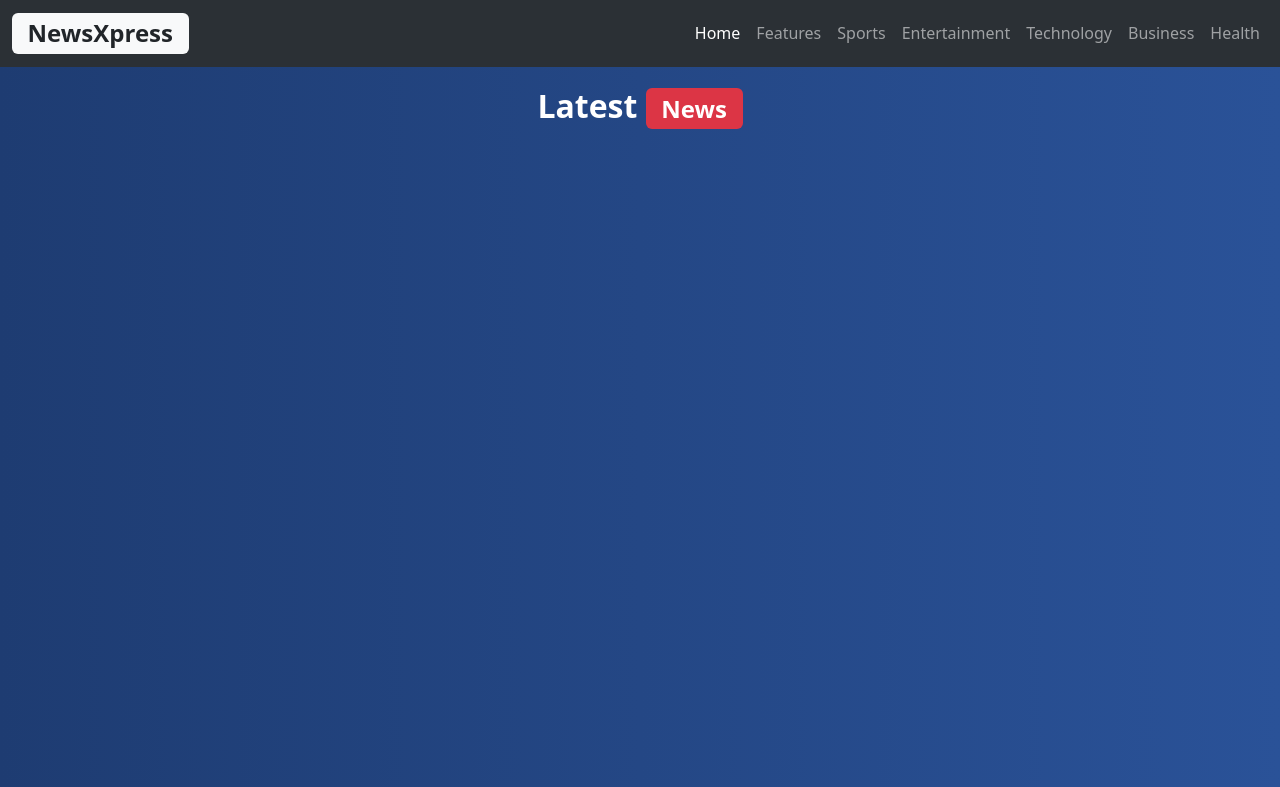
Repository: Abhishek-Thakur14/NewsXpress
Page: /
The author's editor kept a copy of each file at every save. The page is drawn from the files as they stood at one save, then again after the next save.
The browser window is 1280 px wide. The pictures show the whole page.
The page's requests for data from a server got no answer. The project was rebuilt for these pictures with package versions that can differ from the ones it lists, and the page was loaded fresh each time. No one was signed in, and anything a server would have sent is missing. Also part of the build but not shown: vite.config.js, src/Components/NewsItem.jsx.

Above is the page before, as saved 2025-02-08 16:34:59.

### index.html
<!doctype html>
<html lang="en">
  <head>
    <meta charset="UTF-8" />
    <meta name="viewport" content="width=device-width, initial-scale=1.0" />
    <title>News App</title>
    <link href="https://cdn.jsdelivr.net/npm/bootstrap@5.3.3/dist/css/bootstrap.min.css" rel="stylesheet"
      integrity="sha384-QWTKZyjpPEjISv5WaRU9OFeRpok6YctnYmDr5pNlyT2bRjXh0JMhjY6hW+ALEwIH" crossorigin="anonymous">
  </head>
  <body>
    <div id="root"></div>
    <script type="module" src="/src/main.jsx"></script>
    <script src="https://cdn.jsdelivr.net/npm/bootstrap@5.3.3/dist/js/bootstrap.bundle.min.js"
      integrity="sha384-YvpcrYf0tY3lHB60NNkmXc5s9fDVZLESaAA55NDzOxhy9GkcIdslK1eN7N6jIeHz" crossorigin="anonymous"></script>
  </body>
</html>

### src/App.jsx
import { BrowserRouter as Router, Routes, Route } from "react-router-dom";
import Navbar from "./components/Navbar";
import NewsBoard from "./components/NewsBoard";

const App = () => {
  return (
    <Router>
      <Navbar />
      <Routes>
        <Route path="/" element={<NewsBoard category="general" />} />
        <Route path="/features" element={<h2 className="text-center">Features Page Coming Soon</h2>} />
        <Route path="/category/:category" element={<NewsBoard />} />
      </Routes>
    </Router>
  );
};

export default App;

### src/Components/Navbar.jsx
import { Link } from "react-router-dom";
// import "./Navbar.css"; // Import CSS for styling

const Navbar = () => {
  return (
    <nav className="navbar navbar-expand-lg bg-body-tertiary" data-bs-theme="dark">
      <div className="container-fluid">
        <Link className="navbar-brand" to="/">
          <span className="badge bg-light text-dark fs-4">NewsXpress</span>
        </Link>
        <button
          className="navbar-toggler"
          type="button"
          data-bs-toggle="collapse"
          data-bs-target="#navbarNav"
          aria-controls="navbarNav"
          aria-expanded="false"
          aria-label="Toggle navigation">
          <span className="navbar-toggler-icon"></span>
        </button>
        <div className="collapse navbar-collapse" id="navbarNav">
          <ul className="navbar-nav ms-auto">
            <li className="nav-item">
              <Link className="nav-link active" to="/">Home</Link>
            </li>
            <li className="nav-item">
              <Link className="nav-link" to="/features">Features</Link>
            </li>
            <li className="nav-item">
              <Link className="nav-link" to="/category/sports">Sports</Link>
            </li>
            <li className="nav-item">
              <Link className="nav-link" to="/category/entertainment">Entertainment</Link>
            </li>
            <li className="nav-item">
              <Link className="nav-link" to="/category/technology">Technology</Link>
            </li>
            <li className="nav-item">
              <Link className="nav-link" to="/category/business">Business</Link>
            </li>
            <li className="nav-item">
              <Link className="nav-link" to="/category/health">Health</Link>
            </li>
          </ul>
        </div>
      </div>
    </nav>
  );
};

export default Navbar;

### src/Components/NewsBoard.jsx
import { useState, useEffect } from "react";
import { useParams } from "react-router-dom";
import NewsItem from "./NewsItem";
import "./NewsBoard.css";

const NewsBoard = () => {
  const { category } = useParams();
  const [articles, setArticles] = useState([]);
  const apiKey = "VITE_API_KEY=776b22a1db104c6bbaec009b9a90f307";

  useEffect(() => {
    const fetchNews = async () => {
      try {
        let url = `https://newsapi.org/v2/top-headlines?country=us&category=${category || "general"}&apiKey=${apiKey}`;
        let response = await fetch(url);
        let data = await response.json();
        setArticles(data.articles || []);
      } catch (error) {
        console.error("Error fetching news:", error);
      }
    };

    fetchNews();
  }, [category]);

  return (
    <div className="newsboard-container">
      <h2 className="text-center">
        {category ? category.toUpperCase() : "Latest"} <span className="badge bg-danger">News</span>
      </h2>
      <div className="row">
        {articles.map((news, index) => (
          <div className="col-md-4" key={index}>
            <NewsItem
              title={news.title}
              description={news.description}
              url={news.url}
              imageUrl={news.urlToImage}
            />
          </div>
        ))}
      </div>
    </div>
  );
};

export default NewsBoard;

### src/NewsBoard.css
/* Apply a stylish gradient background */
.newsboard-container {
    background: linear-gradient(to right, #1e3c72, #2a5298);
    min-height: 100vh;
    padding: 20px;
  }

  /* Styling for each news card */
  .news-card {
    background-color: #fff;
    border-radius: 10px;
    overflow: hidden;
    margin: 15px;
    box-shadow: 0 4px 8px rgba(0, 0, 0, 0.2);
    transition: transform 0.3s ease-in-out;
  }

  .news-card:hover {
    transform: scale(1.05);
  }

  /* Fix the image size */
  .news-image {
    width: 100%;
    height: 200px;
    object-fit: cover;
  }

  /* Center the news heading */
  h2 {
    color: white;
    font-weight: bold;
    margin-bottom: 20px;
  }

Loaded but not shown: src/main.jsx (common file); src/index.css (no stored copy; drawn as an empty file)

After the next save:
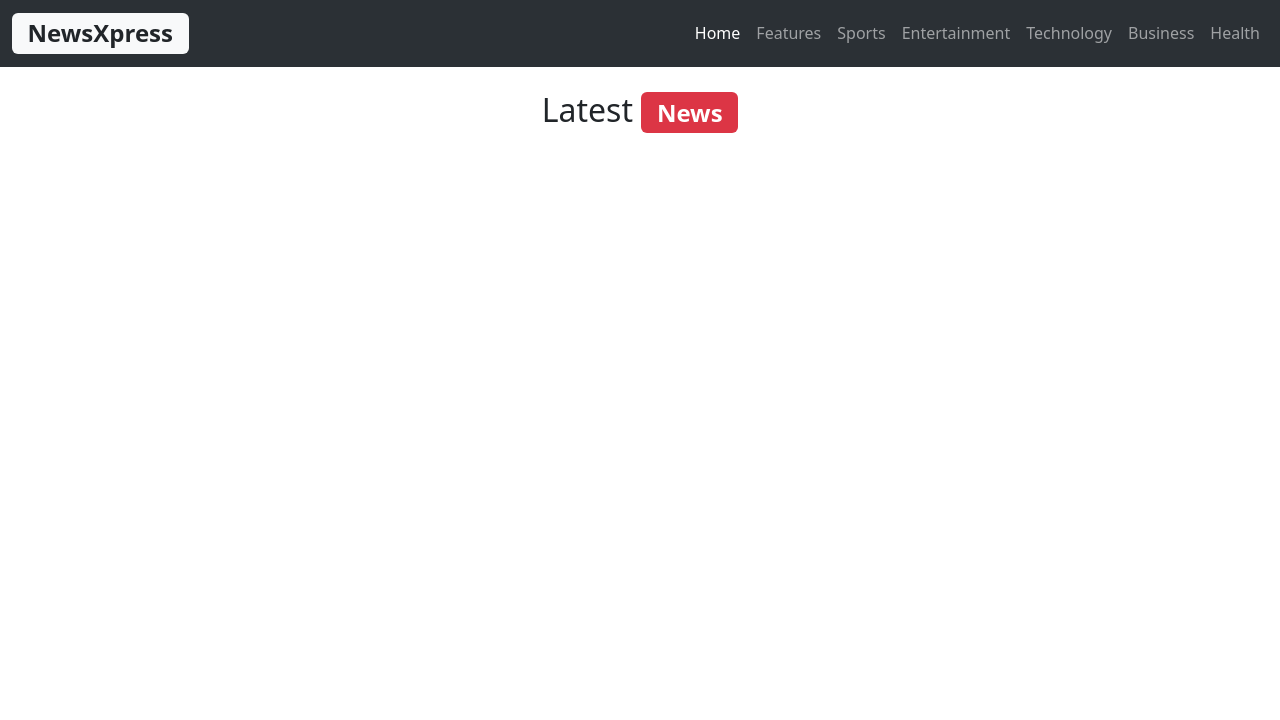
Saved 2 min 19 s later.
--- a/src/Components/NewsBoard.jsx
+++ b/src/Components/NewsBoard.jsx
@@ -1,17 +1,13 @@
 import { useState, useEffect } from "react";
-import { useParams } from "react-router-dom";
 import NewsItem from "./NewsItem";
-import "./NewsBoard.css";
 
 const NewsBoard = () => {
-  const { category } = useParams();
   const [articles, setArticles] = useState([]);
-  const apiKey = "VITE_API_KEY=776b22a1db104c6bbaec009b9a90f307";
 
   useEffect(() => {
     const fetchNews = async () => {
       try {
-        let url = `https://newsapi.org/v2/top-headlines?country=us&category=${category || "general"}&apiKey=${apiKey}`;
+        let url = `https://newsapi.org/v2/top-headlines?country=us&apiKey=776b22a1db104c6bbaec009b9a90f307`;
         let response = await fetch(url);
         let data = await response.json();
         setArticles(data.articles || []);
@@ -21,12 +17,12 @@
     };
 
     fetchNews();
-  }, [category]);
+  }, []);
 
   return (
-    <div className="newsboard-container">
+    <div className="container my-4">
       <h2 className="text-center">
-        {category ? category.toUpperCase() : "Latest"} <span className="badge bg-danger">News</span>
+        Latest <span className="badge bg-danger">News</span>
       </h2>
       <div className="row">
         {articles.map((news, index) => (

After the save that followed:
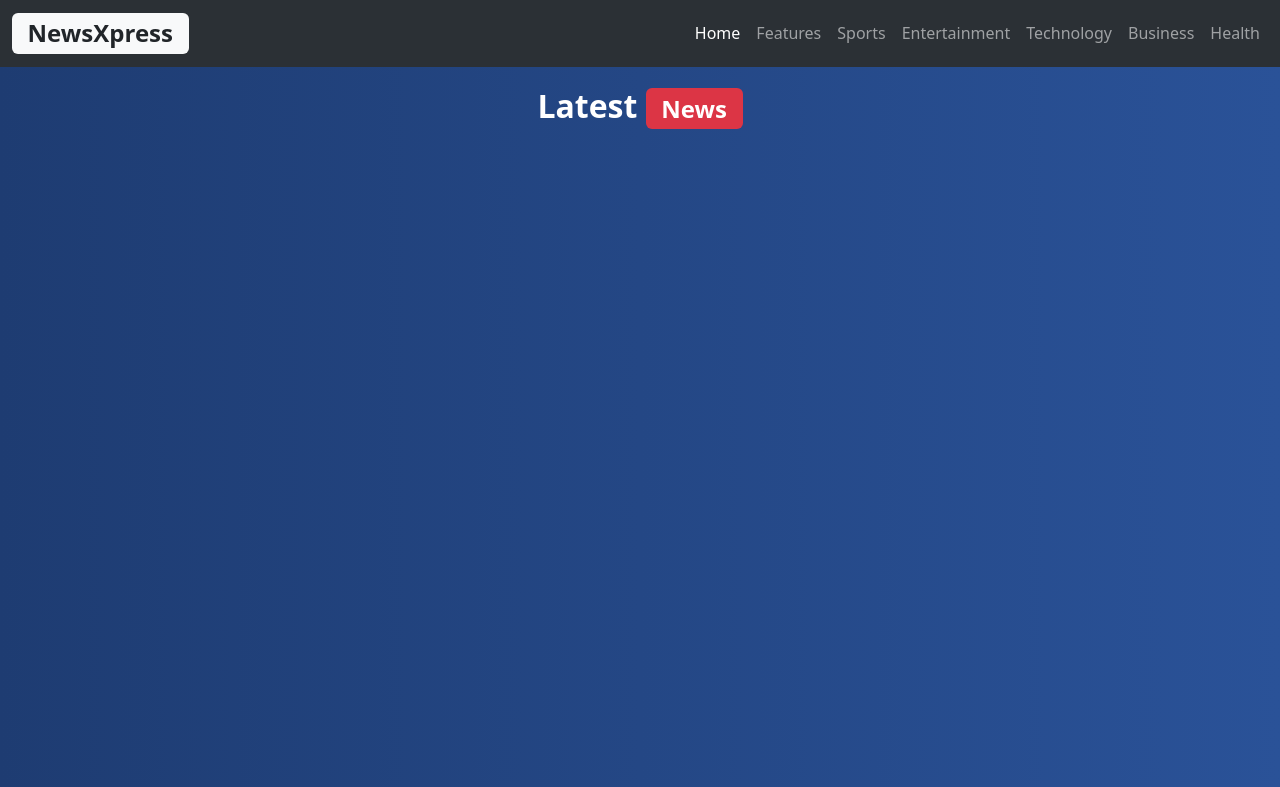
Saved 17 s later.
--- a/src/Components/NewsBoard.jsx
+++ b/src/Components/NewsBoard.jsx
@@ -1,13 +1,17 @@
 import { useState, useEffect } from "react";
+import { useParams } from "react-router-dom";
 import NewsItem from "./NewsItem";
+import "./NewsBoard.css";
 
 const NewsBoard = () => {
+  const { category } = useParams();
   const [articles, setArticles] = useState([]);
+  const apiKey = "VITE_API_KEY=776b22a1db104c6bbaec009b9a90f307";
 
   useEffect(() => {
     const fetchNews = async () => {
       try {
-        let url = `https://newsapi.org/v2/top-headlines?country=us&apiKey=776b22a1db104c6bbaec009b9a90f307`;
+        let url = `https://newsapi.org/v2/top-headlines?country=us&category=${category || "general"}&apiKey=${apiKey}`;
         let response = await fetch(url);
         let data = await response.json();
         setArticles(data.articles || []);
@@ -17,12 +21,12 @@
     };
 
     fetchNews();
-  }, []);
+  }, [category]);
 
   return (
-    <div className="container my-4">
+    <div className="newsboard-container">
       <h2 className="text-center">
-        Latest <span className="badge bg-danger">News</span>
+        {category ? category.toUpperCase() : "Latest"} <span className="badge bg-danger">News</span>
       </h2>
       <div className="row">
         {articles.map((news, index) => (
